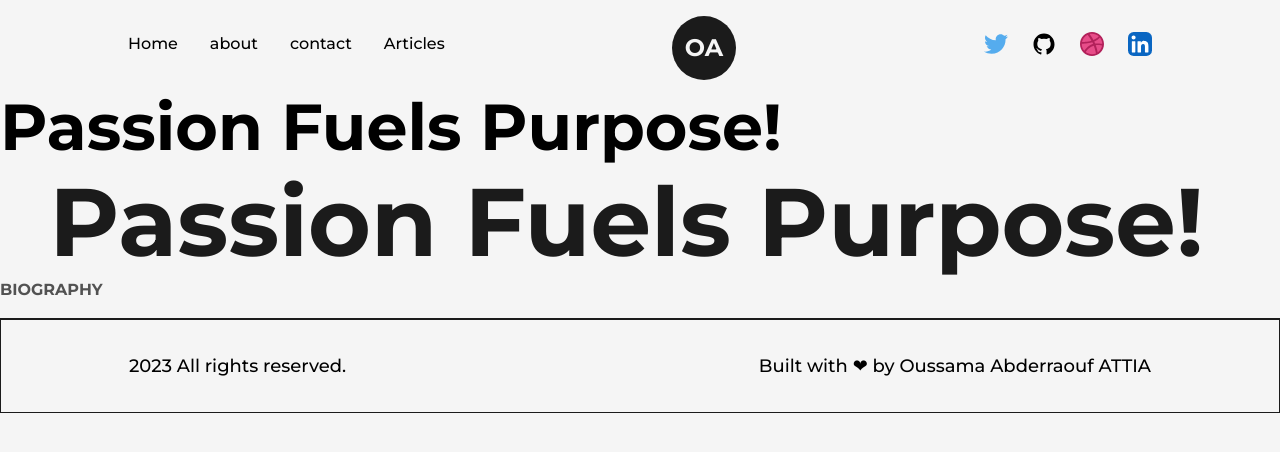
Repository: OussamaAbderraoufAttia/Next.js-Developer-Portfolio
Page: /About
An editor plug-in stored every save of this project. The page is shown before and after the next save, followed by the edit.
The browser window is 1280 px wide. The pictures show the whole page.
The project was rebuilt for these pictures with package versions that can differ from the ones it lists, and the page was loaded fresh each time. The framework's server and built-in components were replaced by stand-ins that run in the browser. Also part of the build but not shown: next.config.js.

Above is the page before, as saved 2023-06-27 16:44:31.

After the next save:
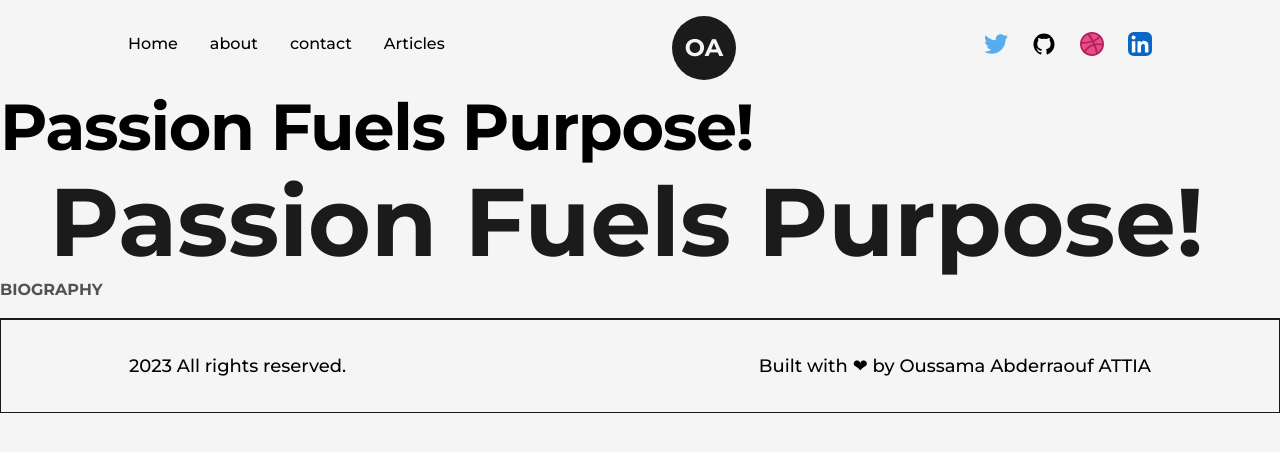
Saved 8 s later.
--- a/src/pages/About.js
+++ b/src/pages/About.js
@@ -16,6 +16,7 @@
                     fontSize: '65px',
                     fontWeight: 'bold',
                     lineHeight: '1.2',
+                    letterSpacing: '-0.02em',
                 }}>
                     Passion Fuels Purpose!
                 </h1>
